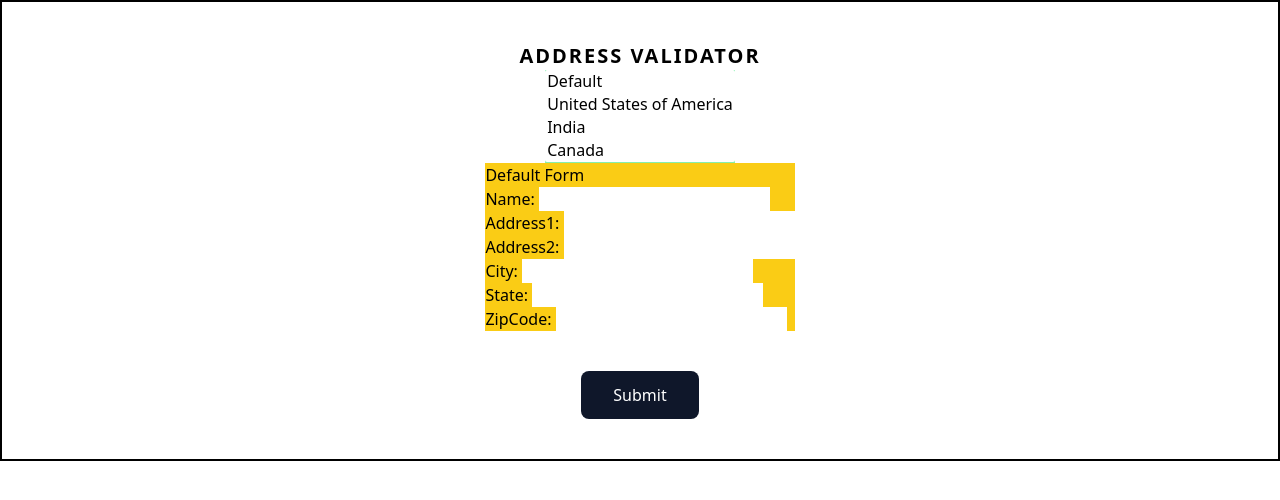
Repository: jay-singhvi/SWArchDesign_TeamProject
Page: / (app in frontend/address-validation/)
These files come from the project's save history. The page is drawn as it stood at one moment and after the next save; the edit follows.
The browser window is 1280 px wide. The pictures show the whole page.
The project was rebuilt for these pictures with package versions that can differ from the ones it lists, and the page was loaded fresh each time. Also part of the build but not shown: frontend/address-validation/src/App.css.

Above is the page before, as saved 2023-03-07 13:54:10.

After the next save:
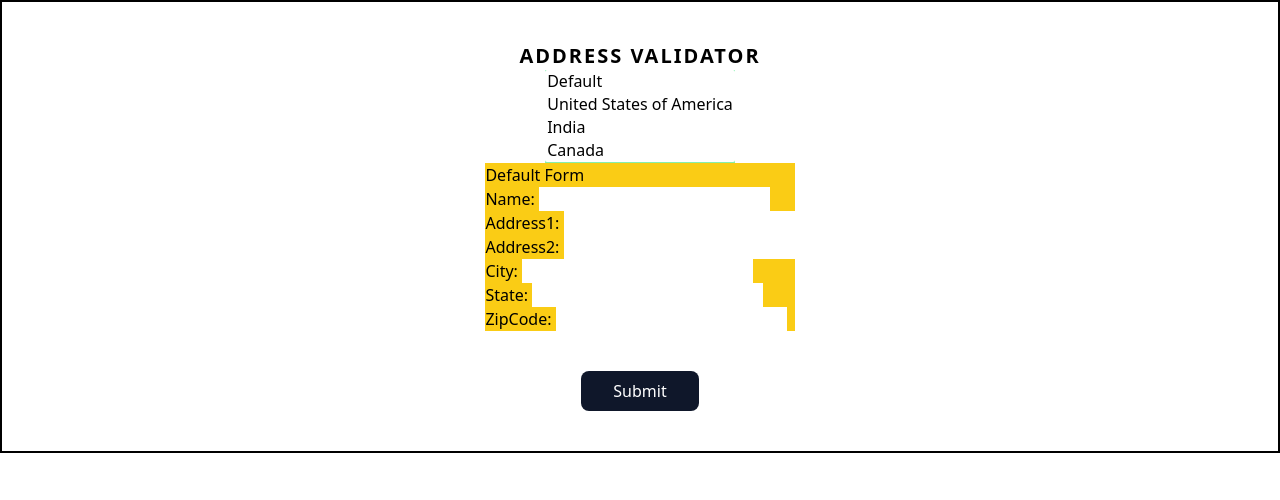
Saved 9 s later.
--- a/frontend/address-validation/src/App.js
+++ b/frontend/address-validation/src/App.js
@@ -154,7 +154,7 @@ function App() {
 
       {renderForm()}
 
-      <button type="submit" onClick={findAddress} className=" mt-10 bg-slate-900 cursor-pointer px-8 py-3 rounded-lg text-white ">
+      <button type="submit" onClick={findAddress} className=" mt-10 bg-slate-900 cursor-pointer px-8 py-2 rounded-lg text-white ">
           Submit
         </button>
 
